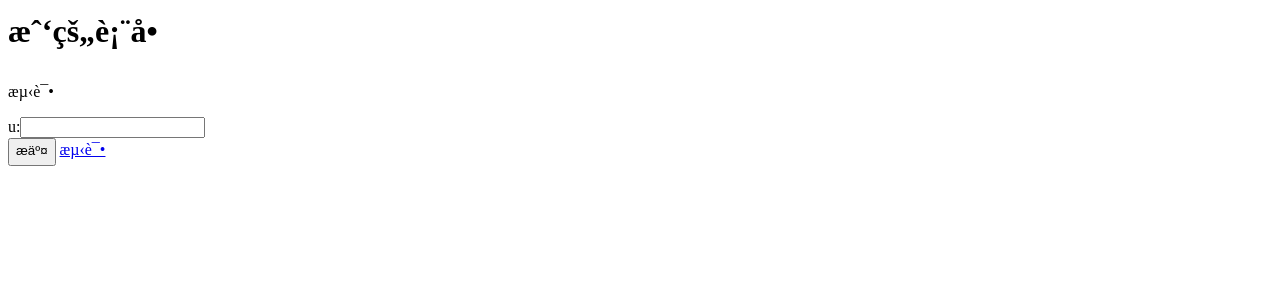
Repository: SmartXiaoMing001/Servlet
Page: http://localhost/UserManager/
The author's editor kept a copy of each file at every save. The page is drawn from the files as they stood at one save, then again after the next save.
The browser window is 1280 px wide. The pictures show the whole page.
The page is served by Tomcat 9.

Above is the page before, as saved 2017-07-28 13:02:27.

After the next save:
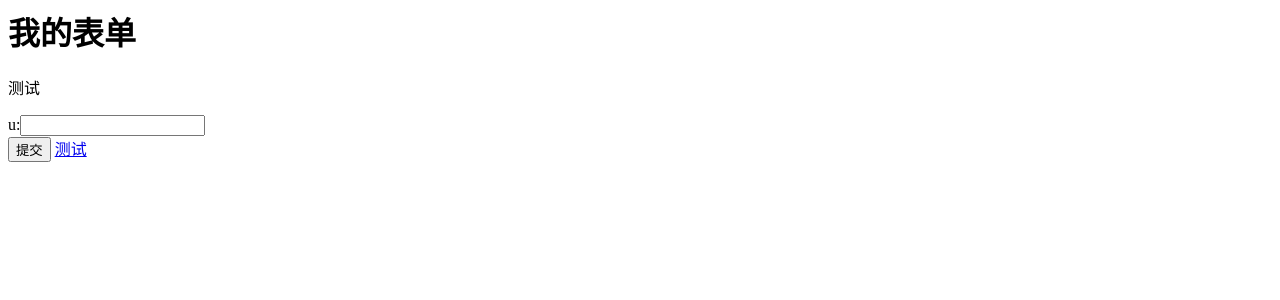
Saved 28 s later.
--- a/ServletPro/UserManager/WebRoot/index.jsp
+++ b/ServletPro/UserManager/WebRoot/index.jsp
@@ -1,4 +1,4 @@
-<%@ page language="java" import="java.util.*" pageEncoding="ISO-8859-1"%>
+<%@ page language="java" import="java.util.*" pageEncoding="utf-8"%>
 <%
 String path = request.getContextPath();
 String basePath = request.getScheme()+"://"+request.getServerName()+":"+request.getServerPort()+path+"/";
